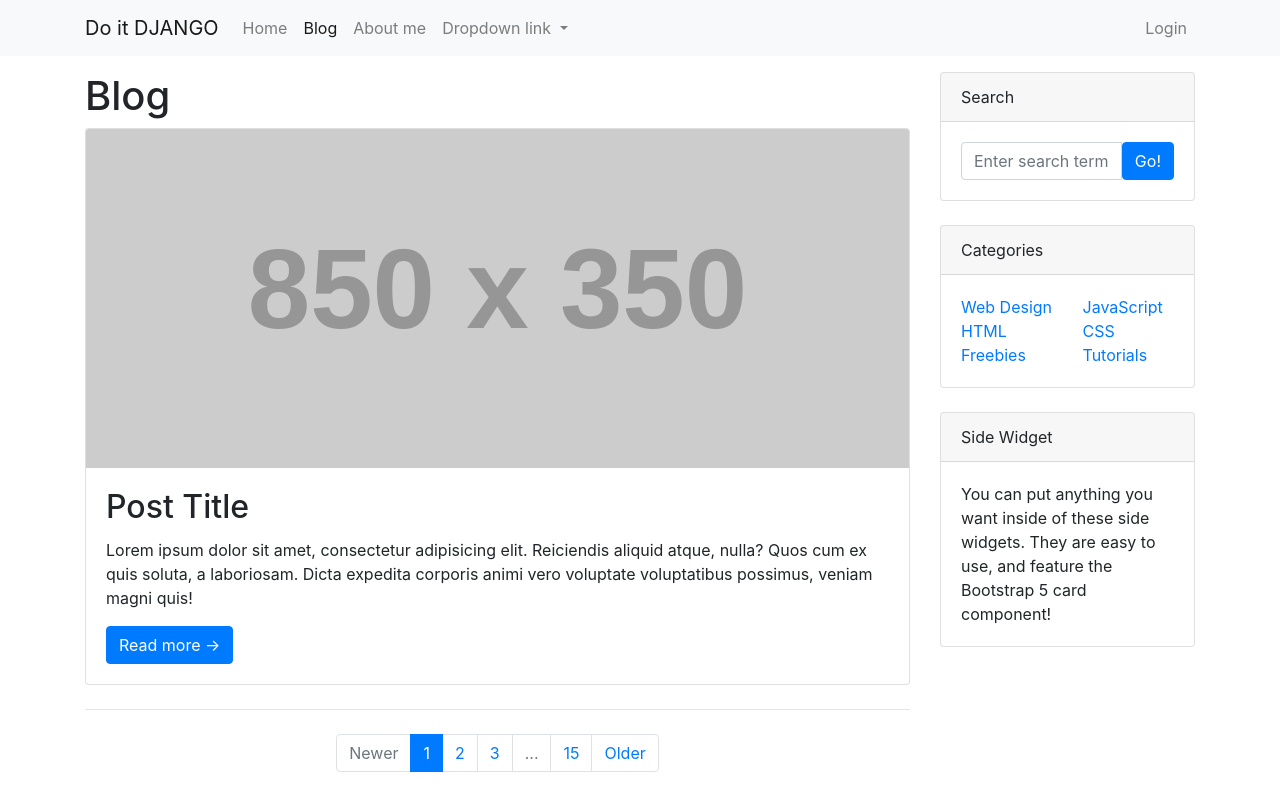
Repository: lwygold/do_it_ft
Page: blog_list.html
These files come from the project's save history. The page is drawn as it stood at one moment and after the next save; the edit follows.
The browser window is 1280 px wide. The pictures show the whole page.

Above is the page before, as saved 2021-08-11 21:28:09.

After the next save:
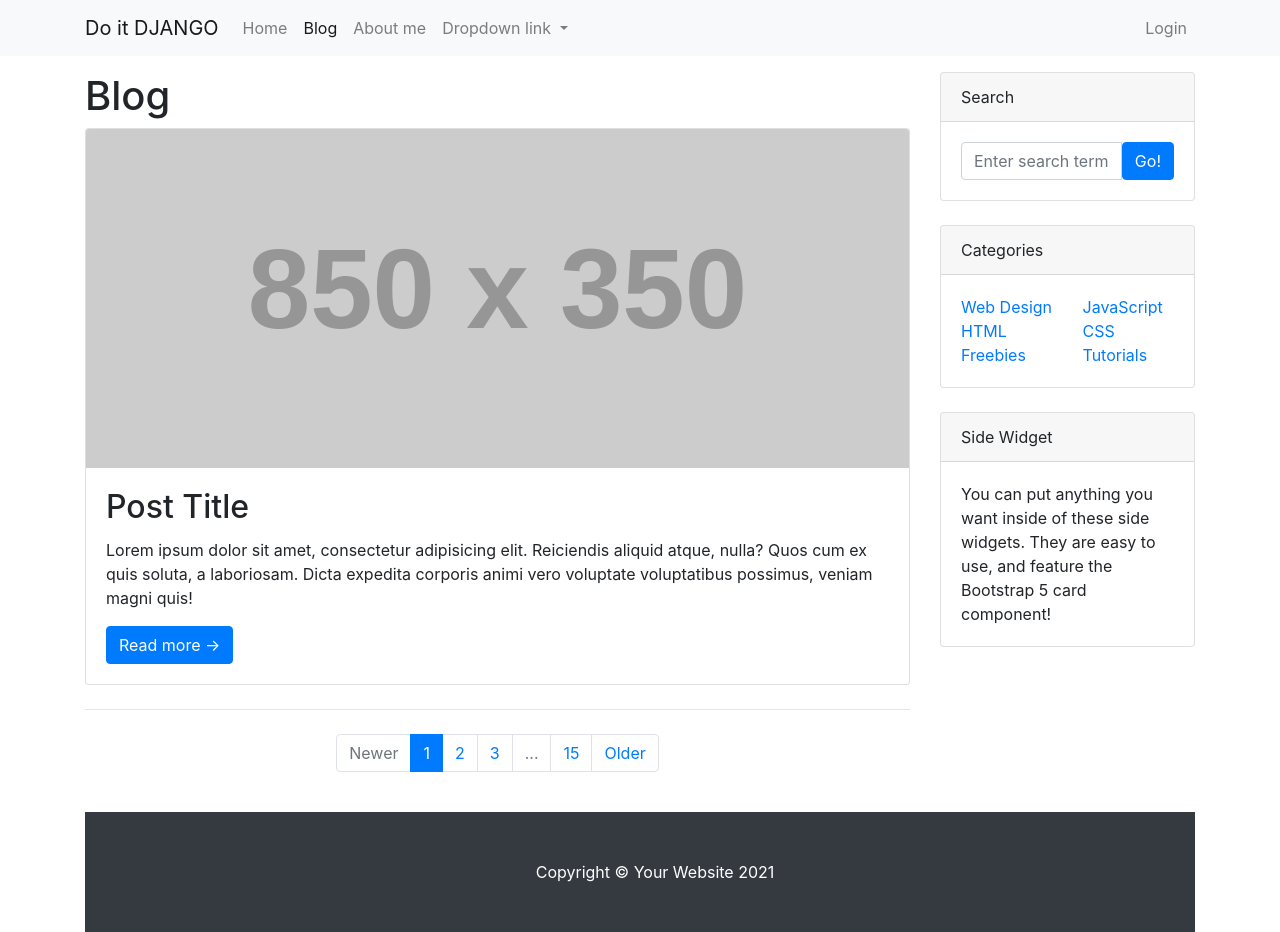
Saved 52 s later.
--- a/blog_list.html
+++ b/blog_list.html
@@ -137,6 +137,10 @@
             </div>
         </div>
 
+        <footer class="py-5 bg-dark">
+            <div class="container"><p class="m-0 text-center text-white">Copyright © Your Website 2021</p></div>
+        </footer>
+
     </div>
 
     <script src="https://code.jquery.com/jquery-3.5.1.slim.min.js"
